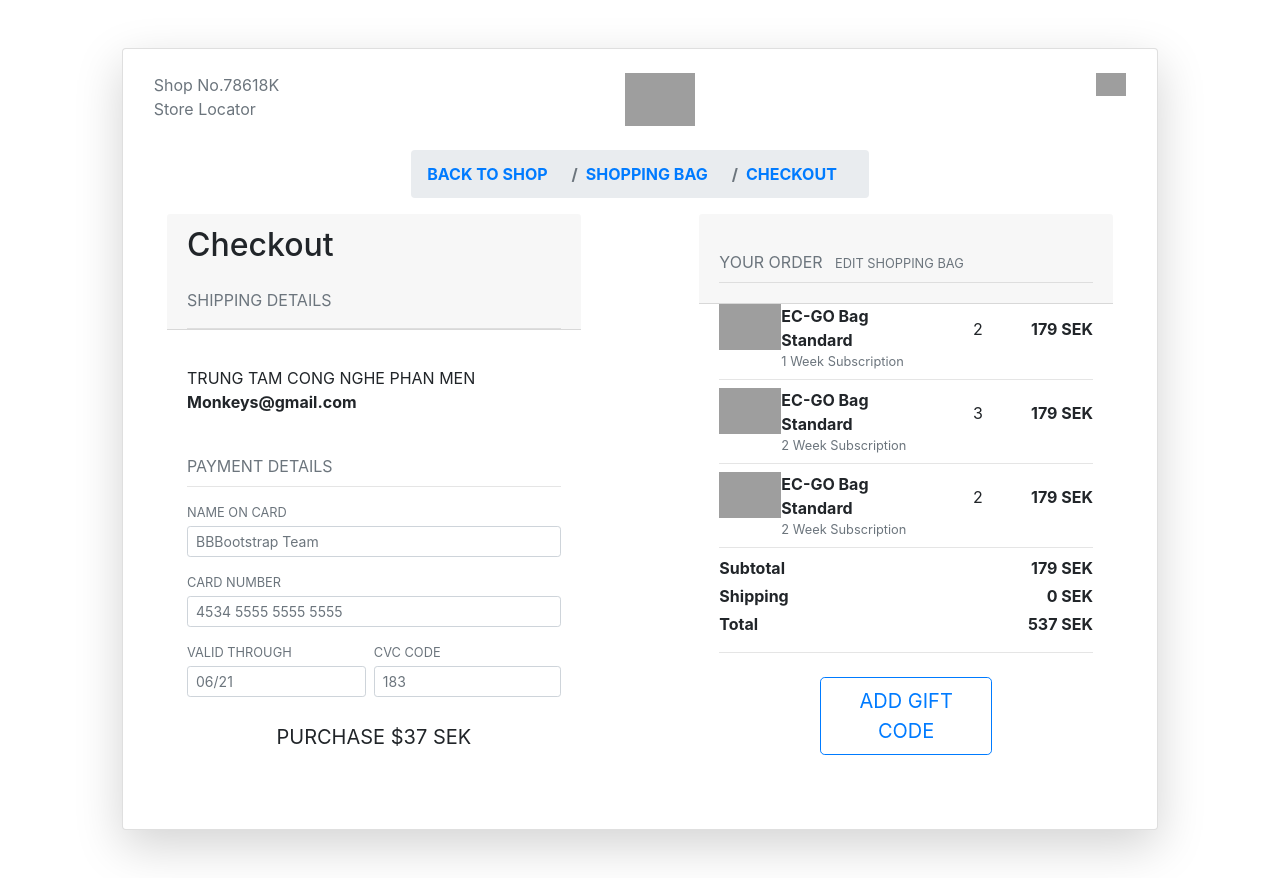
Repository: phamminhkhoa2k4/TechWiz-PlantPalace
Page: views/cart.html
These files come from the project's save history. The page is drawn as it stood at one moment and after the next save; the edit follows.
The browser window is 1280 px wide. The pictures show the whole page.
Pictures or frames that could not be fetched are drawn as grey boxes.

Above is the page before, as saved 2023-08-12 18:14:36.

After the next save:
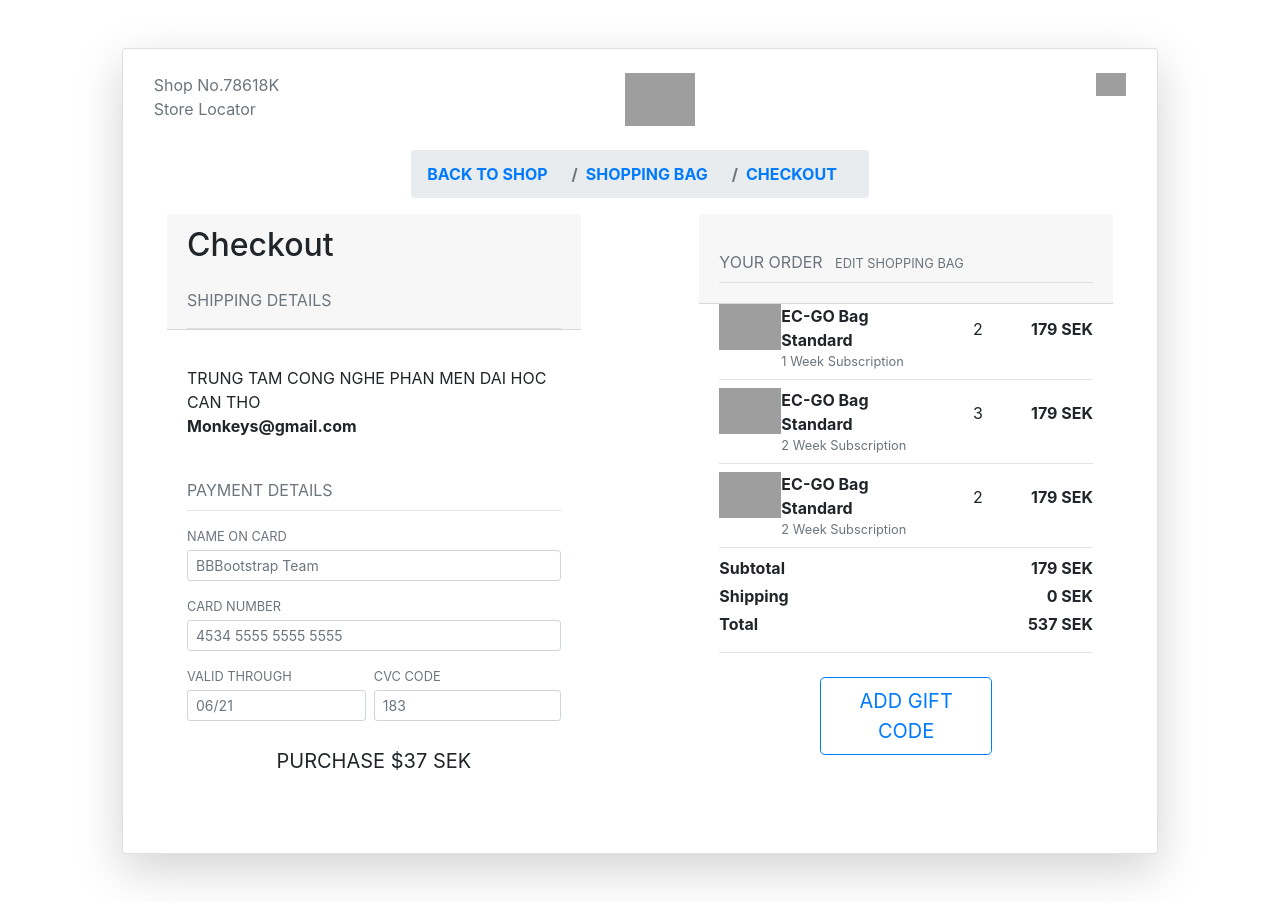
Saved 6 s later.
--- a/views/cart.html
+++ b/views/cart.html
@@ -41,7 +41,7 @@
                             </div>
                             <div class="card-body">
                                 <div class="row justify-content-between">
-                                    <div class="col-auto mt-0"><p><b></b></p>TRUNG TAM CONG NGHE PHAN MEN </div>
+                                    <div class="col-auto mt-0"><p><b></b></p>TRUNG TAM CONG NGHE PHAN MEN DAI HOC CAN THO</div>
                                     <div class="col-auto"><p><b>Monkeys@gmail.com</b> </p></div>
                                 </div>
                                 <div class="row mt-4">
